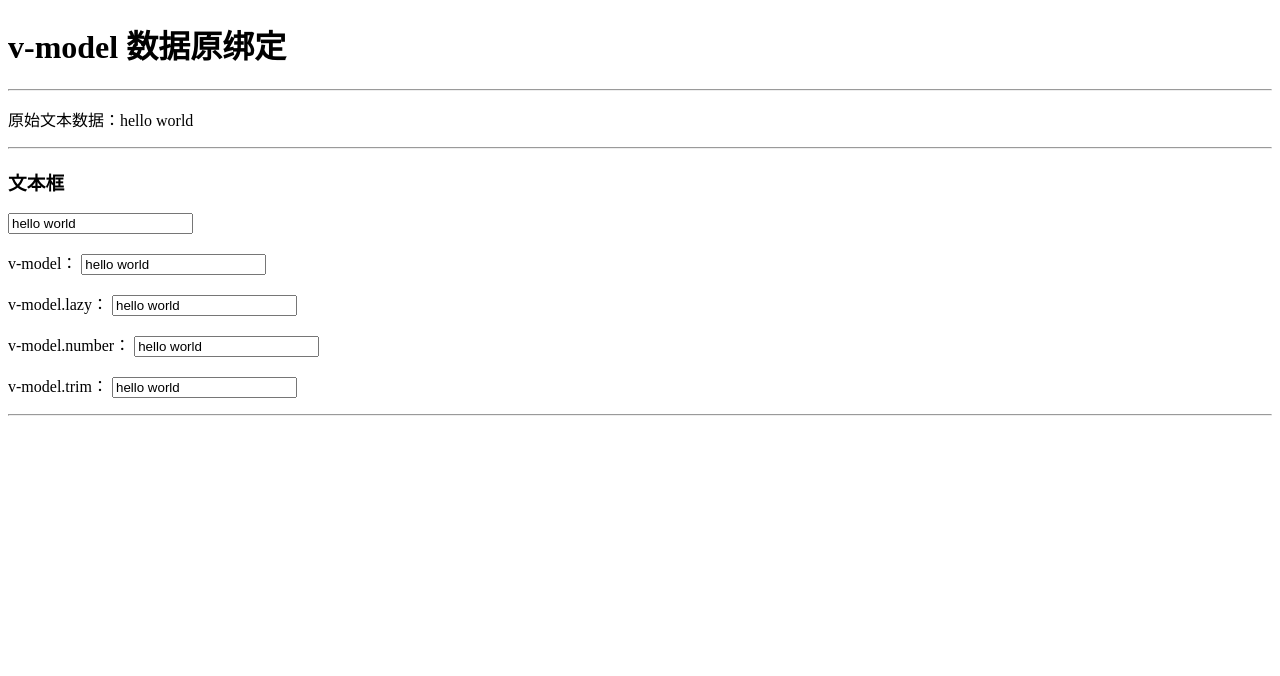
Repository: 13982720426/vue2.0-LearningNotes
Page: example/v-model.html
An editor plug-in stored every save of this project. The page is shown before and after the next save, followed by the edit.
The browser window is 1280 px wide. The pictures show the whole page.

Above is the page before, as saved 2021-06-17 20:58:11.

After the next save:
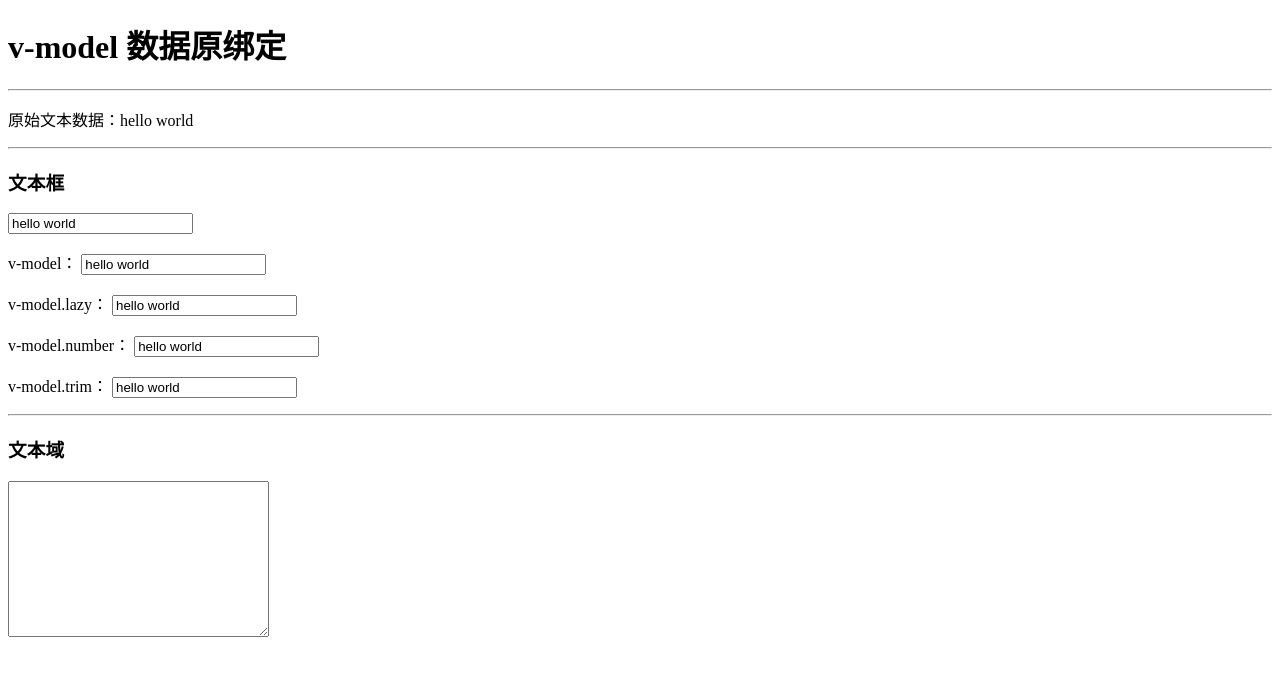
Saved 41 s later.
--- a/example/v-model.html
+++ b/example/v-model.html
@@ -31,7 +31,8 @@
         <input type="text" v-on:keyup.enter="onEnter" v-model.trim="message" />
       </p>
       <hr />
-      <h3></h3>
+      <h3>文本域</h3>
+      <textarea cols="30" rows="10"></textarea>
     </div>
 
     <script type="text/javascript">
